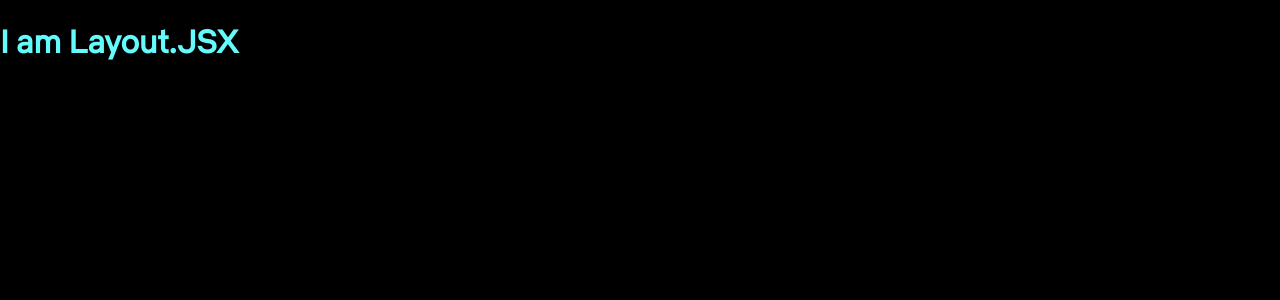
Repository: ronnysalas459/final_project_react
Page: /
The author's editor kept a copy of each file at every save. The page is drawn from the files as they stood at one save, then again after the next save.
The browser window is 1280 px wide. The pictures show the whole page.
The project was rebuilt for these pictures with package versions that can differ from the ones it lists, and the page was loaded fresh each time. Also part of the build but not shown: src/containers/Movies.jsx, src/containers/Favorites.jsx.

Above is the page before, as saved 2021-09-27 19:45:31.

After the next save:
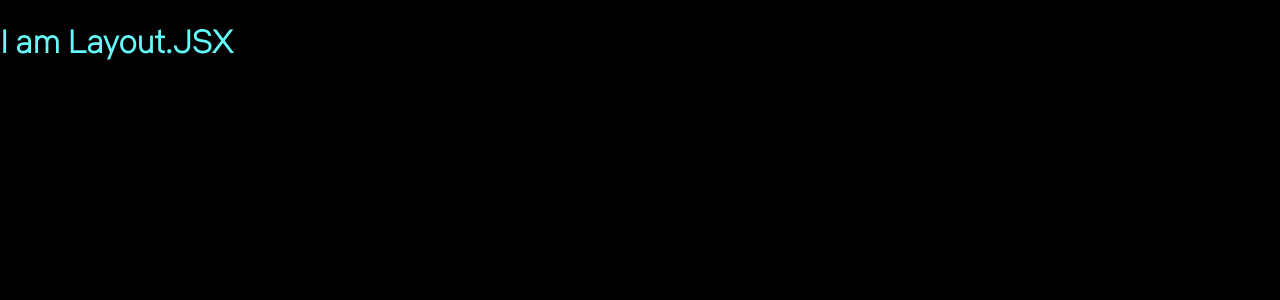
Saved 83 s later.
--- a/src/assets/styles/Vars.scss
+++ b/src/assets/styles/Vars.scss
@@ -1,7 +1,7 @@
 @import '../fonts/style.scss';
 
 //Fonts
-$title-font: 'Netflix Sans Regular', 'Netflix Sans Bold';
+$title-font: 'Netflix Sans Thin', 'Netflix Sans Bold';
 $text-font: 'Source Sans Pro', sans-serif;
 
 //Colors
